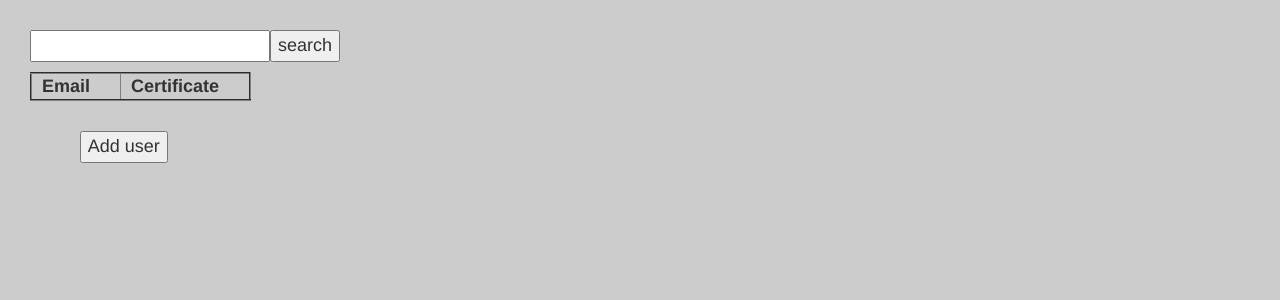
Repository: marijabroceta/ProjekatIB
Page: IB_Project_Shell/src/main/resources/static/main_page.html
These files come from the project's save history. The page is drawn as it stood at one moment and after the next save; the edit follows.
The browser window is 1280 px wide. The pictures show the whole page.
The page's requests for data from a server got no answer.

Above is the page before, as saved 2018-07-01 10:15:55.

After the next save:
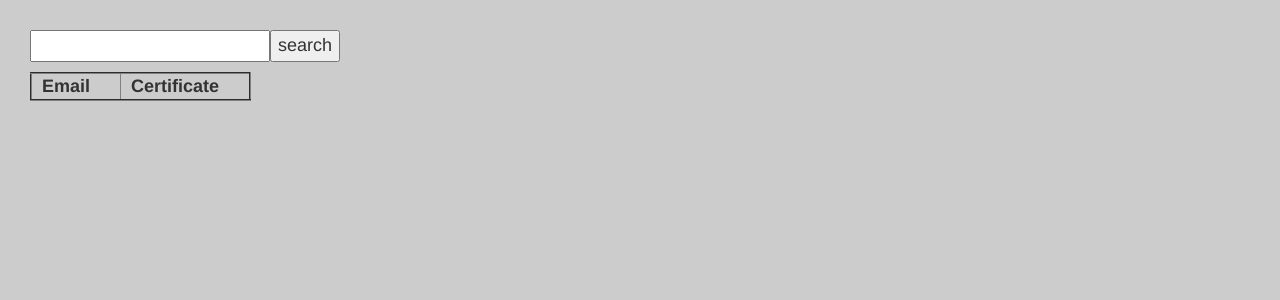
Saved 117 s later.
--- a/IB_Project_Shell/src/main/resources/static/main_page.html
+++ b/IB_Project_Shell/src/main/resources/static/main_page.html
@@ -22,7 +22,7 @@
 			</tr>
 		</table>
 		<div id="buttons">
-			<button id="add_user">Add user</button>
+
 			<button id="activate_user">Activate user</button>
 		</div>
 
